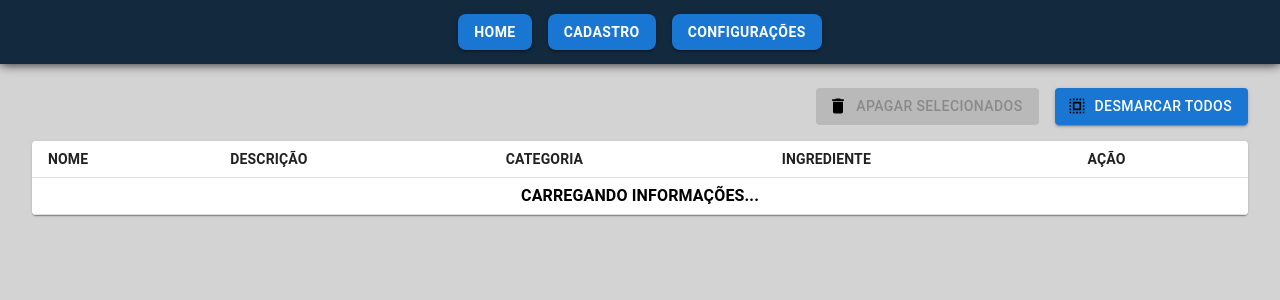
Repository: oZanella/projeto_windel_web_CRM
Page: /
An editor plug-in stored every save of this project. The page is shown before and after the next save, followed by the edit.
The browser window is 1280 px wide. The pictures show the whole page.
The page's requests for data from a server got no answer. The project was rebuilt for these pictures with package versions that can differ from the ones it lists, and the page was loaded fresh each time. No one was signed in, and anything a server would have sent is missing. Also part of the build but not shown: vite.config.js, src/routes/Configuracoes.jsx. Imported but missing from the stored project, and not drawn on this page: src/routes/Cadastro.jsx.

Above is the page before, as saved 2024-08-19 10:28:40.

### index.html
<!doctype html>
<html lang="en">

<head>
  <meta charset="UTF-8" />
  <link rel="icon" type="image/svg+xml" href="./src/image/LogoWindel.svg" />
  <link rel="stylesheet" href="src/style/GlobalStyles.css" />
  <link href="https://fonts.googleapis.com/css2?family=Playfair+Display&display=swap" rel="stylesheet">

  <meta name="viewport" content="width=device-width, initial-scale=1.0" />
  <title>Projeto Teste - CRM </title>
</head>

<body>
  <div id="root"></div>
  <script type="module" src="/src/main.jsx"></script>
</body>

</html>

### src/style/GlobalStyles.css
:root {
  --click: #7fa8c4;
  --primary: #E8F1F2;
  --darkblue: #13293D;
  --secondary: #000000;
  --ligthblue: #1b98e0;
  --animation: #006494;
  --ligthkgrey: #D3D3D3;
  --blueceledron: #247ba0;
  --delete: #FF0000;
}

* {
    color: var(--secondary);
}

body {
  background-color: var(--ligthkgrey);
}

### src/main.jsx
import { createBrowserRouter, RouterProvider, Navigate } from "react-router-dom"
import { createRoot } from 'react-dom/client'
import { StrictMode } from 'react'
import { App } from './App.jsx'

import './style/GlobalStyles.css'

//páginas do projeto
import { Cadastro } from './routes/Cadastro.jsx'
import { Home } from './routes/Home.jsx'
import { Configuracoes } from './routes/configuracoes.jsx'

const router = createBrowserRouter([
  {
    element: <App />,
    children: [
      {
        path: '/',
        element: <Navigate to="/home" replace />,
      },
      {
        path: '/home',
        element: <Home />,
      },
      {
        path: '/cadastro',
        element: <Cadastro />,
      },
      {
        path: '/configuracoes',
        element: <Configuracoes />,
      },
    ],
  },
])

createRoot(document.getElementById('root')).render(
  <StrictMode>
    <RouterProvider router={router} />
  </StrictMode>,
)

### src/App.jsx
import { Header } from './components/Header'
import { Outlet } from 'react-router-dom'
import { Box } from '@mui/material'
import './style/GlobalStyles.css'

export function App() {
  return (
    <Box sx={{ p: { xs: 2, sm: 3 }, marginTop: { xs: 8, sm: 8 } }}>
      <Header />
      <Box>
        <Outlet />
      </Box>
    </Box>
  );
}

### src/routes/Home.jsx
import React, { useEffect, useState } from 'react';
import { Box, TextField, Button, Dialog, DialogActions, DialogContent, DialogTitle, Select, MenuItem, FormControl, InputLabel } from '@mui/material';

import { handleShowDetails, handleEdit, handleSave, handleInputChange } from '../components/Handle';
import { CardDados } from '../components/TableHome';

import { blogFetch } from '../axios/config';


export const Home = () => {
  const [posts, setPosts] = useState([]);
  const [selectInfo, setSelectInfo] = useState(null);
  const [modeEdit, setModeEdit] = useState(null);
  const [dataEdit, setDataEdit] = useState({});
  const [openAddDialog, setOpenAddDialog] = useState(false);
  const [newPost, setNewPost] = useState({ name: '', description: '', category: '' });

  const getPosts = async () => {
    try {
      const response = await blogFetch.get("/recipe");
      const uniqueData = response.data.filter((value, index, self) =>
        index === self.findIndex((t) => t.id === value.id)
      );
      setPosts(uniqueData); // Garante que não tenha dados duplicados
    } catch (error) {
      console.log(error);
    }
  };

  useEffect(() => {
    getPosts();
  }, []);

  const handleDelete = async (postId) => {
    try {
      await blogFetch.delete(`/recipe/${postId}`);
      setPosts(posts.filter(post => post.id !== postId));
      console.log('Post deletado com sucesso');
    } catch (error) {
      console.error('Erro ao deletar o post', error);
    }
  };

  const handleAddOpen = () => setOpenAddDialog(true);
  const handleAddClose = () => setOpenAddDialog(false);

  {/* API para envio do novo registro*/ }
  const handleAdd = async () => {
    try {
      const newPostFormatted = {
        name: newPost.name,
        description: newPost.description,
        ingredients: [],
        category: newPost.category,
        isFavorite: newPost.isFavorite
      };

      const response = await blogFetch.post("/recipe", newPostFormatted);
      setPosts([...posts, response.data]);
      setNewPost({ name: '', description: '', category: '', isFavorite: false });
      handleAddClose();
      console.log('Post adicionado com sucesso');
    } catch (error) {
      console.error('Erro ao adicionar o post', error);
    }
  };

  return (
    <Box>
      {/* Dados para Adicionar Novo Registro */}
      <Dialog open={openAddDialog} onClose={handleAddClose}>
        <DialogTitle>Adicionar Novo Registro</DialogTitle>
        <DialogContent>
          <TextField
            name="name"
            label="Nome"
            value={newPost.name}
            onChange={(e) => setNewPost({ ...newPost, name: e.target.value })}
            fullWidth
            sx={{ marginBottom: 2 }}
          />
          <TextField
            name="description"
            label="Descrição"
            value={newPost.description}
            onChange={(e) => setNewPost({ ...newPost, description: e.target.value })}
            fullWidth
            sx={{ marginBottom: 2 }}
          />
          <TextField
            name="category"
            label="Categoria"
            value={newPost.category}
            onChange={(e) => setNewPost({ ...newPost, category: e.target.value })}
            fullWidth
            sx={{ marginBottom: 2 }}
          />
          <FormControl fullWidth sx={{ marginBottom: 2 }}>
            <InputLabel>Favorito</InputLabel>
            <Select
              name="isFavorite"
              value={newPost.isFavorite}
              onChange={(e) => setNewPost({ ...newPost, isFavorite: e.target.value })}
              label="Favorito"
            >
              <MenuItem value={true}>Sim</MenuItem>
              <MenuItem value={false}>Não</MenuItem>

            </Select>
          </FormControl>
        </DialogContent>
        <DialogActions>
          <Button onClick={handleAddClose}>Cancelar</Button>
          <Button onClick={handleAdd}>Adicionar</Button>
        </DialogActions>
      </Dialog>

      <CardDados
        posts={posts}
        handleDelete={handleDelete}
        handleEdit={handleEdit}
        handleSave={handleSave}
        modeEdit={modeEdit}
        setModeEdit={setModeEdit}
        dataEdit={dataEdit}
        setDataEdit={setDataEdit}
        handleInputChange={handleInputChange}
        selectInfo={selectInfo}
        setSelectInfo={setSelectInfo}
        handleShowDetails={handleShowDetails}
      />
    </Box>
  );
};

### src/components/Header.jsx
import { AppBar, Toolbar, Typography, Box, Button, IconButton } from '@mui/material';
import Logo from '../image/LogoWindel.svg';
import { Link } from 'react-router-dom';
import React from 'react';

export const Header = () => {
  return (

    // Header fundo 1 //
    <AppBar
      position="fixed"
      sx={{
        width: '100%',
        boxShadow: '0px 0.01px 11px var(--secondary)',
        top: 0,
        left: 0,
      }}
    >

      {/* Header fundo 2 */}
      <Toolbar
        sx={{
          display: 'flex',
          alignItems: 'center',
          padding: { xs: '0px', sm: '0px' },
          justifyContent: 'space-between',
          height: '64px',
          minHeight: '64px',
          backgroundColor: 'var(--darkblue)',
          boxSizing: 'border-box',
        }}
      >

        {/* Botões */}
        <Box
          sx={{
            gap: 2,
            display: 'flex',
            alignItems: 'center',
            flexGrow: { xs: 1, sm: 1 },
            justifyContent: { xs: 'center', sm: 'center' },
            '& .MuiButton-root': {
              backgroundColor: 'ligthkgrey',
              borderRadius: '8px',
              fontWeight: 'bold',
              textTransform: 'uppercase',
              transition: 'background-color 0.4s, transform 0.4s',
              border: 'none',

              // Animação
              '&:hover': {
                transform: 'scale(1.06)',
                border: '1px',
              },
            },
          }}
        >
          <Button variant="contained" component={Link} to={`/home`}>Home</Button>
          <Button variant="contained" component={Link} to={`/cadastro`}>Cadastro</Button>
          <Button variant="contained" component={Link} to={`/configuracoes`}>Configurações</Button>
        </Box>
      </Toolbar>
    </AppBar>
  );
};

### src/components/Handle.jsx

import { blogFetch } from '../axios/config';


export const handleShowDetails = (post, setSelectInfo, selectInfo) => {
  if (selectInfo?.id === post.id) {
    setSelectInfo(null); // Fecha se já estiver aberto
  } else {
    setSelectInfo(post); // Abre o post atual
  }
};

export const handleEdit = (post, setModeEdit, setDataEdit) => {
  setModeEdit(post.id);
  setDataEdit(post);
};

//continua com erro, verificar!!
export const handleSave = async (postId, updateData) => {
  try {
    // Envie uma requisição PUT ou POST para salvar os dados atualizados
    const response = await blogFetch.put(`/blogFetch/posts/${postId}`, updateData);
    console.log('Dados salvos com sucesso', response.data);

  } catch (error) {
    console.error('Erro de API', error);
  }
};

export const handleInputChange = (e, setDataEdit) => {
  setDataEdit(prevDataEdit => ({ ...prevDataEdit, [e.target.name]: e.target.value }));
};

### src/components/TableHome.jsx
import React, { useState, useEffect } from 'react';
import {
  Table, TableBody, TableCell, TableContainer, TableHead, TableRow, Typography, Box, Button, IconButton, TextField, Dialog, DialogContent, DialogActions, FormControlLabel, Switch, Chip, Paper, Checkbox
} from '@mui/material';
import EditIcon from '@mui/icons-material/Edit';
import SaveIcon from '@mui/icons-material/Save';
import AddIcon from '@mui/icons-material/Add';
import CloseIcon from '@mui/icons-material/Close';
import DeleteIcon from '@mui/icons-material/Delete';
import SelectAllIcon from '@mui/icons-material/SelectAll';
import axios from 'axios';

const API_BASE_URL = 'https://teste-tecnico-front-api.up.railway.app';

export const CardDados = ({
  posts, setPosts, handleDelete
}) => {
  const [openModal, setOpenModal] = useState(false);
  const [currentPost, setCurrentPost] = useState(null);
  const [dataEdit, setDataEdit] = useState({});
  const [newIngredient, setNewIngredient] = useState('');
  const [selectedPosts, setSelectedPosts] = useState([]);

  useEffect(() => {
    if (currentPost) {
      setDataEdit({ ...currentPost });
    }
  }, [currentPost]);

  const handleEditOpen = (post) => {
    setCurrentPost(post);
    setOpenModal(true);
  };

  const handleEditClose = () => {
    setOpenModal(false);
    setCurrentPost(null);
    setNewIngredient('');
  };

  const handleSaveModal = async () => {
    if (currentPost) {
      try {
        await axios.put(`${API_BASE_URL}/posts/${currentPost.id}`, dataEdit);
        const response = await axios.get(`${API_BASE_URL}/posts`);
        setPosts(response.data);
        handleEditClose();
      } catch (error) {
        console.error('Error ao salvar:', error);
      }
    }
  };

  const handleAddIngredient = () => {
    if (newIngredient.trim() !== '') {
      setDataEdit((prevData) => ({
        ...prevData,
        ingredients: [...(prevData.ingredients || []), newIngredient.trim()],
      }));
      setNewIngredient('');
    }
  };

  const handleRemoveIngredient = (ingredientToRemove) => {
    setDataEdit((prevData) => ({
      ...prevData,
      ingredients: (prevData.ingredients || []).filter((ingredient) => ingredient !== ingredientToRemove),
    }));
  };

  const handleSelectAll = () => {
    if (selectedPosts.length === posts.length) {
      setSelectedPosts([]); // Deselect all
    } else {
      setSelectedPosts(posts.map(post => post.id)); // Select all
    }
  };

  const handleDeleteSelected = async () => {
    try {
      await Promise.all(selectedPosts.map(id => axios.delete(`${API_BASE_URL}/posts/${id}`)));
      const response = await axios.get(`${API_BASE_URL}/posts`);
      setPosts(response.data);
      setSelectedPosts([]);
    } catch (error) {
      console.error('Error ao apagar os registros:', error);
    }
  };

  const handleSelectPost = (id) => {
    setSelectedPosts(prevSelected =>
      prevSelected.includes(id)
        ? prevSelected.filter(postId => postId !== id)
        : [...prevSelected, id]
    );
  };

  return (
    <>
      <Box sx={{ display: 'flex', justifyContent: 'flex-end', mb: 2 }}>
        <Button
          variant="contained"
          color="error"
          startIcon={<DeleteIcon />}
          onClick={handleDeleteSelected}
          disabled={selectedPosts.length === 0}
          sx={{ marginRight: 2 }}
        >
          Apagar Selecionados
        </Button>
        <Button
          variant="contained"
          color="primary"
          startIcon={<SelectAllIcon />}
          onClick={handleSelectAll}
        >
          {selectedPosts.length === posts.length ? 'Desmarcar Todos' : 'Selecionar Todos'}
        </Button>
      </Box>

      {/* Tabela aonde aparece os dados */}
      <TableContainer component={Paper} sx={{ overflowX: 'auto' }}>
        <Table size='small'>
          <TableHead>
            <TableRow>
              <TableCell sx={{ fontWeight: 'bold', textTransform: 'uppercase' }}>Nome</TableCell>
              <TableCell sx={{ fontWeight: 'bold', textTransform: 'uppercase' }}>Descrição</TableCell>
              <TableCell sx={{ fontWeight: 'bold', textTransform: 'uppercase' }}>Categoria</TableCell>
              <TableCell sx={{ fontWeight: 'bold', textTransform: 'uppercase' }}>Ingrediente</TableCell>
              <TableCell sx={{ fontWeight: 'bold', textTransform: 'uppercase' }}>Ação</TableCell>
            </TableRow>
          </TableHead>
          <TableBody>
            {posts.length === 0 ? (
              <TableRow>
                <TableCell colSpan={5} align="center">
                  <Typography variant="body1" sx={{ fontWeight: 'bold', textTransform: 'uppercase' }}>Carregando informações...</Typography>
                </TableCell>
              </TableRow>
            ) : (
              posts.map((post) => (
                <TableRow sx={{ height: 'auto' }} key={post.id}>
                  <TableCell sx={{ padding: '8px' }}>
                    {post.name}
                  </TableCell>
                  <TableCell sx={{ padding: '8px' }}>{post.description}</TableCell>
                  <TableCell sx={{ padding: '8px' }}>{post.category}</TableCell>

                  <TableCell sx={{ padding: '8px' }}>
                    <Box sx={{
                      display: 'flex',
                      flexWrap: 'wrap',
                      overflowX: 'auto',
                      gap: 1,
                      width: '100%',
                    }}>
                      {post.ingredients && post.ingredients.length > 0 ? (
                        post.ingredients.map((ingredient) => (
                          <Box
                            key={ingredient.id}
                            sx={{
                              display: 'flex',
                              flexDirection: 'column',
                              alignItems: 'flex-start',
                              marginRight: 1,
                              marginBottom: 1,
                            }}
                          >
                            <Typography variant="body1">{ingredient.name}</Typography>
                            <Typography variant="body2" color="textSecondary">
                              Quantidade: {ingredient.quantity}
                            </Typography>
                          </Box>
                        ))
                      ) : (
                        <Typography variant="body2">Nenhum ingrediente disponível</Typography>
                      )}
                    </Box>
                  </TableCell>

                  <TableCell>
                    <Box sx={{ display: 'flex', alignItems: 'center' }}>
                      <Checkbox
                        checked={selectedPosts.includes(post.id)}
                        onChange={() => handleSelectPost(post.id)}
                        color="primary"
                      />
                      <IconButton
                        color="primary"
                        onClick={() => handleEditOpen(post)}
                        sx={{ mr: 1 }}
                      >
                        <EditIcon />
                      </IconButton>
                      <IconButton
                        color="error"
                        onClick={() => handleDelete(post.id)}
                      >
                        <DeleteIcon />
                      </IconButton>
                    </Box>
                  </TableCell>
                </TableRow>
              ))
            )}
          </TableBody>
        </Table>
      </TableContainer>

      {/* Modal de edição */}
      <Dialog open={openModal} onClose={handleEditClose} fullWidth maxWidth="sm">
        <DialogContent>
          {currentPost && (
            <Box component="form" sx={{ display: 'flex', flexDirection: 'column', gap: 2 }}>
              <TextField
                name="name"
                label="Nome"
                value={dataEdit.name || ''}
                onChange={(e) => setDataEdit({ ...dataEdit, name: e.target.value })}
                fullWidth
                sx={{ marginBottom: 2 }}
              />
              <TextField
                name="description"
                label="Descrição"
                value={dataEdit.description || ''}
                onChange={(e) => setDataEdit({ ...dataEdit, description: e.target.value })}
                fullWidth
                sx={{ marginBottom: 2 }}
              />
              <TextField
                name="category"
                label="Categoria"
                value={dataEdit.category || ''}
                onChange={(e) => setDataEdit({ ...dataEdit, category: e.target.value })}
                fullWidth
                sx={{ marginBottom: 2 }}
              />
              <FormControlLabel
                control={
                  <Switch
                    checked={dataEdit.isFavorite || false}
                    onChange={(e) => setDataEdit({ ...dataEdit, isFavorite: e.target.checked })}
                    name="isFavorite"
                    color="primary"
                  />
                }
                label="Favorito"
                sx={{ marginTop: 1 }}
              />
              <Box sx={{ marginTop: 2 }}>
                <Typography variant="h6" sx={{ mb: 1 }}>Ingredientes</Typography>
                {dataEdit.ingredients && dataEdit.ingredients.map((ingredient, index) => (
                  <Chip
                    key={index}
                    label={`${ingredient.name} (${ingredient.quantity})`}
                    onDelete={() => handleRemoveIngredient(ingredient)}
                    sx={{ marginRight: 1, marginBottom: 1 }}
                    deleteIcon={<CloseIcon />}
                  />
                ))}
                <Box sx={{ display: 'flex', alignItems: 'center', mt: 2 }}>
                  <TextField
                    value={newIngredient}
                    onChange={(e) => setNewIngredient(e.target.value)}
                    label="Novo ingrediente"
                    variant="outlined"
                    size="small"
                    sx={{ marginRight: 1 }}
                  />
                  <Button
                    variant="contained"
                    color="primary"
                    onClick={handleAddIngredient}
                    startIcon={<AddIcon />}
                  >
                    Adicionar
                  </Button>
                </Box>
              </Box>
            </Box>
          )}
        </DialogContent>
        <DialogActions>
          <Button onClick={handleEditClose} color="inherit">
            Cancelar
          </Button>
          <Button
            onClick={handleSaveModal}
            color="primary"
            variant="contained"
            startIcon={<SaveIcon />}
          >
            Salvar
          </Button>
        </DialogActions>
      </Dialog>
    </>
  );
};

### src/axios/config.jsx
// src/axios/config.js
import axios from 'axios';

export const blogFetch = axios.create({
  baseURL: 'https://teste-tecnico-front-api.up.railway.app',
  headers: {
    'Content-Type': 'application/json',
  },
});

After the next save:
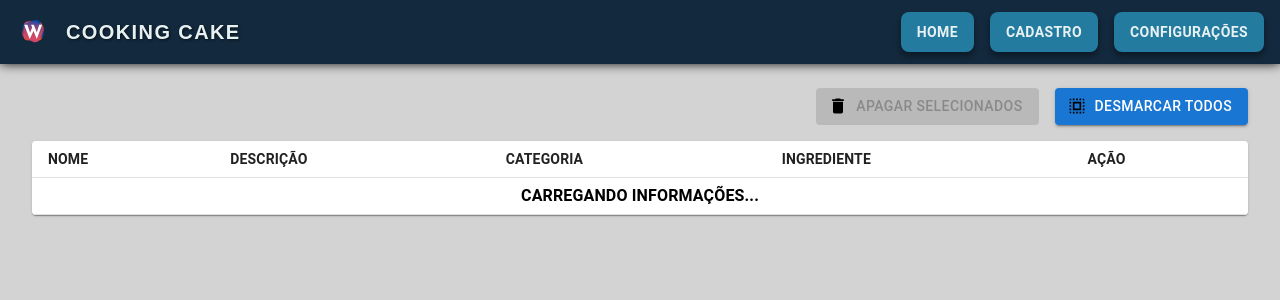
Saved 8 s later.
--- a/src/components/Header.jsx
+++ b/src/components/Header.jsx
@@ -30,27 +30,63 @@ export const Header = () => {
           boxSizing: 'border-box',
         }}
       >
+        {/* Logo da principal */}
+        <IconButton
+          to={`/home`}
+          edge="start"
+          sx={{
+            ml: { xs: 0 },
+            cursor: 'default',
+          }}
+          component={Link}
+          aria-label="logo"
+        >
+          <img src={Logo} alt="Logo" style={{ width: '50px', height: '40px' }} />
+        </IconButton>
 
-        {/* Botões */}
+        {/* Titulo da pagina */}
+        <Typography
+          variant="h6"
+          sx={{
+            display: { xs: 'none', sm: 'block' },
+            color: 'var(--primary)',
+            fontWeight: 'bold',
+            letterSpacing: '0.07em',
+            textTransform: 'uppercase',                 //text em maiusculo
+            textShadow: '1px 1px 3px rgba(0,0,0,0.6)',
+            fontFamily: 'Arial, serif',
+            flexGrow: 1,
+          }}
+        >
+          Cooking Cake
+        </Typography>
+
+        {/* Botões da direita */}
         <Box
           sx={{
+            mr: { xs: 0, sm: 2 },
             gap: 2,
             display: 'flex',
             alignItems: 'center',
-            flexGrow: { xs: 1, sm: 1 },
-            justifyContent: { xs: 'center', sm: 'center' },
+            flexGrow: { xs: 1, sm: 0 },
+            justifyContent: { xs: 'center' },
             '& .MuiButton-root': {
-              backgroundColor: 'ligthkgrey',
+              backgroundColor: 'var(--blueceledron)',
+              color: 'var(--primary)',
               borderRadius: '8px',
+              boxShadow: '0 4px 6px rgba(0, 0, 0, 0.4)',
+              padding: '8px 16px',
               fontWeight: 'bold',
               textTransform: 'uppercase',
-              transition: 'background-color 0.4s, transform 0.4s',
-              border: 'none',
+              transition: 'background-color 0.3s, transform 0.3s',
 
               // Animação
               '&:hover': {
-                transform: 'scale(1.06)',
-                border: '1px',
+                backgroundColor: 'var(--animation)',
+                transform: 'scale(1.07)',
+              },
+              '&:active': {
+                backgroundColor: 'var(--click)',
               },
             },
           }}
